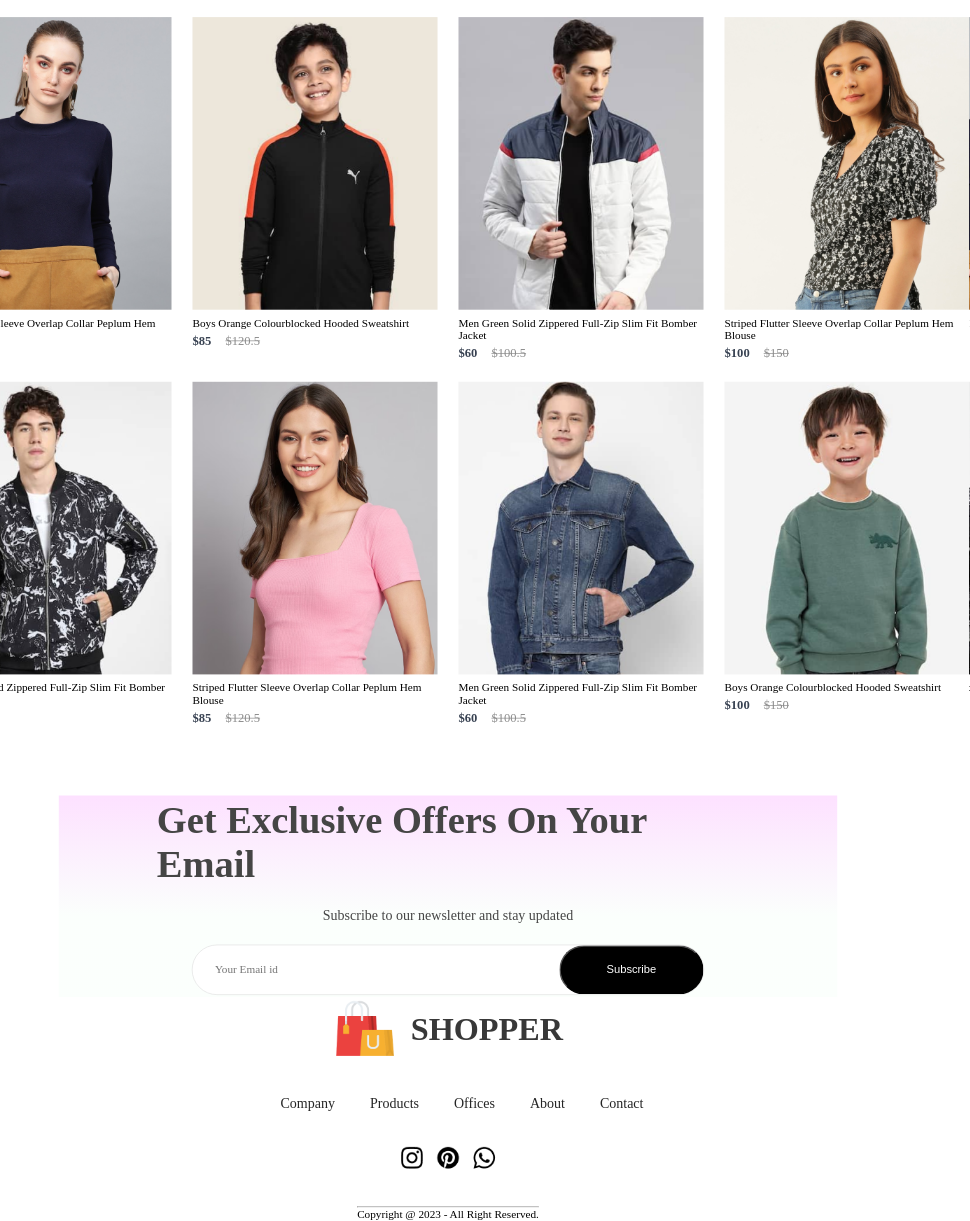
Repository: Nandhini653/SHOPPER-ECOM
Page: /
These files come from the project's save history. The page is drawn as it stood at one moment and after a run of saves; the edit follows.
The browser window is 1280 px wide. The page is 1385 px wide, so the pictures cover 1385 px, including what lies to the right of the window. The pictures show the part of the page from y = 2158 to 3918 px (the page is 3902 px tall before and 3918 px after), at 70% of full size.
The project was rebuilt for these pictures with package versions that can differ from the ones it lists, and the page was loaded fresh each time. Also part of the build but not shown: src/App.css, src/Pages/ShopCategory.jsx, src/Pages/Cart.jsx, src/Pages/LoginSignup.jsx, src/Pages/Product.jsx.

Above is the page before, as saved 2024-06-22 18:36:17.

After the next 10 saves:
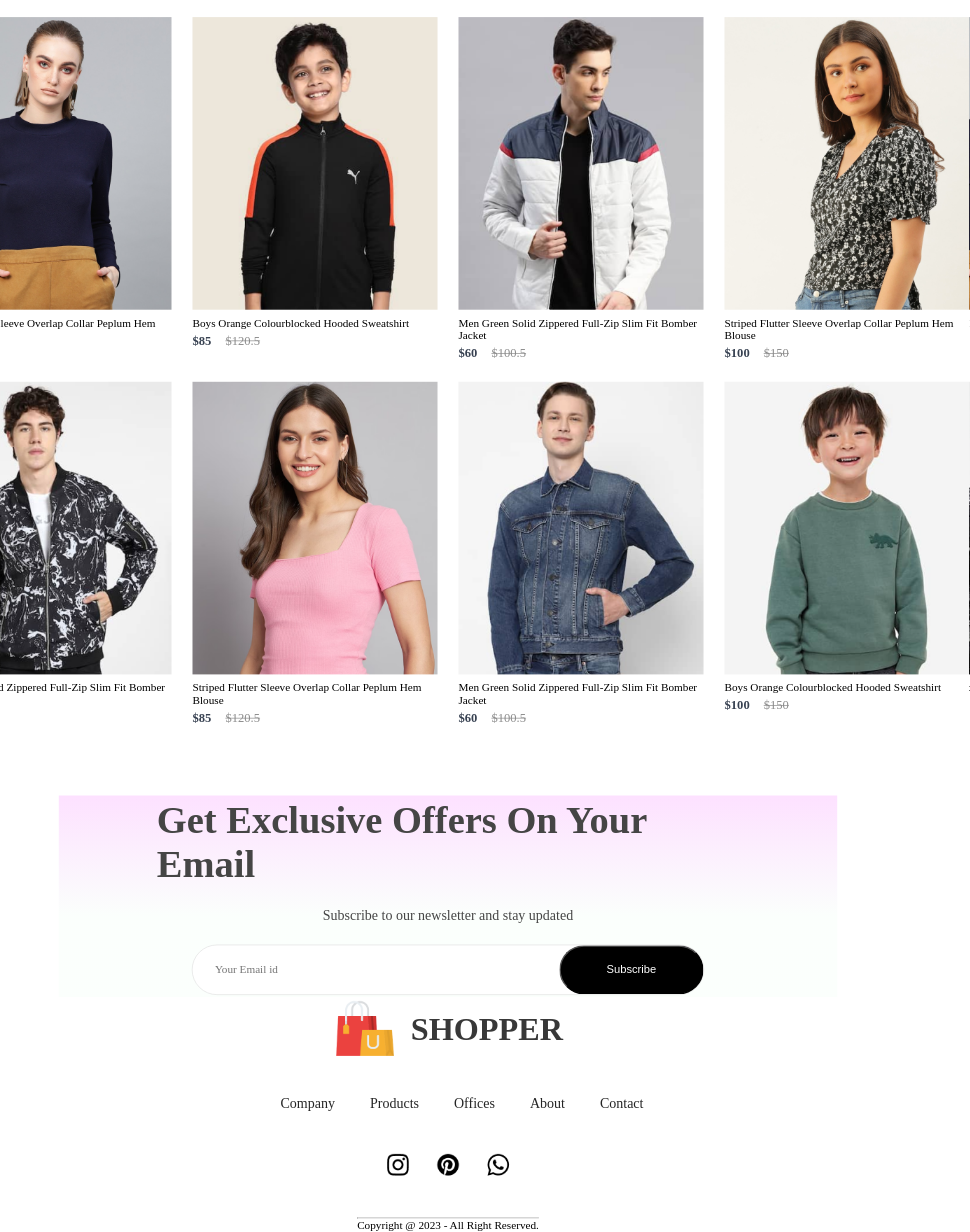
The 10 saves are shown as one change because they came seconds apart.
The last was saved 26 s later.
--- a/src/Components/Footer/Footer.css
+++ b/src/Components/Footer/Footer.css
@@ -36,5 +36,7 @@
 }
 
 .footer-icons-container {
-
+    padding: 10px;
+    padding-bottom: 6px;
+    background: ;
 }
